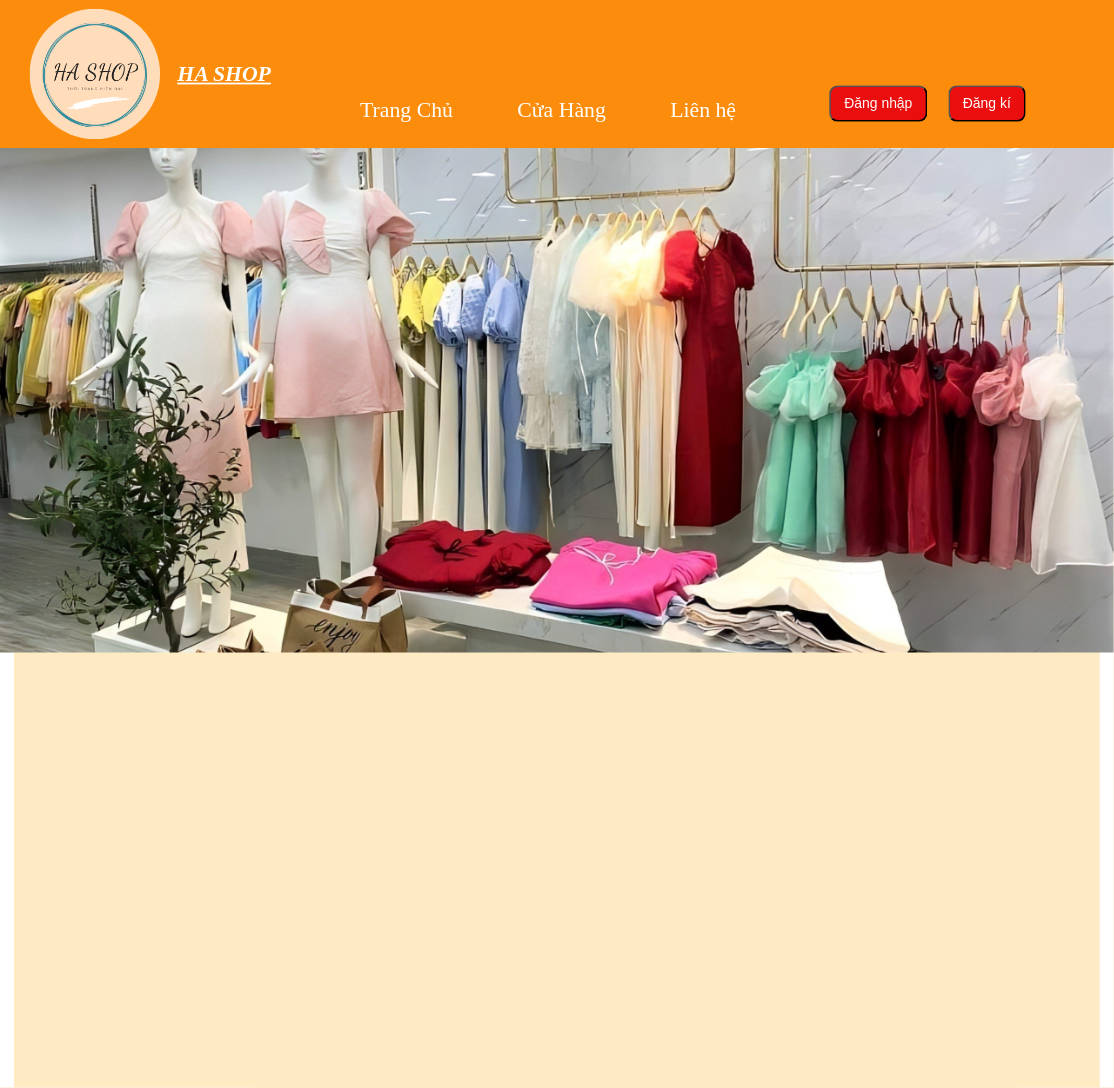
Repository: manhhieu120499/demo_page
Page: trangchu.html
An editor plug-in stored every save of this project. The page is shown before and after the next save, followed by the edit.
The browser window is 1280 px wide. The pictures show the whole page, at 87% of full size.

Above is the page before, as saved 2023-03-04 10:33:54.

After the next save:
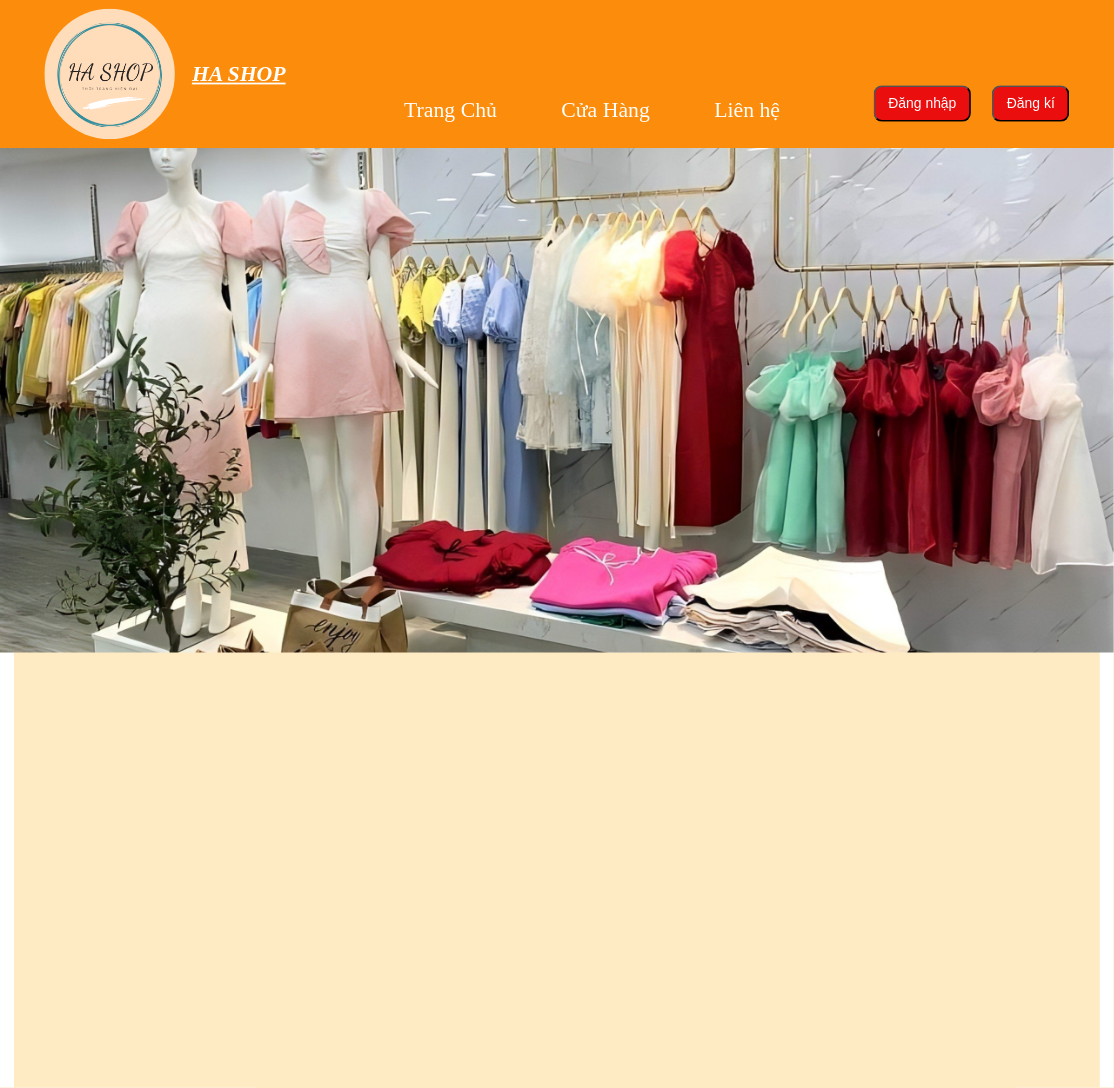
Saved 4 s later.
--- a/trangchu.html
+++ b/trangchu.html
@@ -28,7 +28,7 @@
                      <button>Đăng kí</button>
                  </div>
             </div>
-            <div class="clear"></div>
+
         </div>
 
         <div class="slide_bar">
